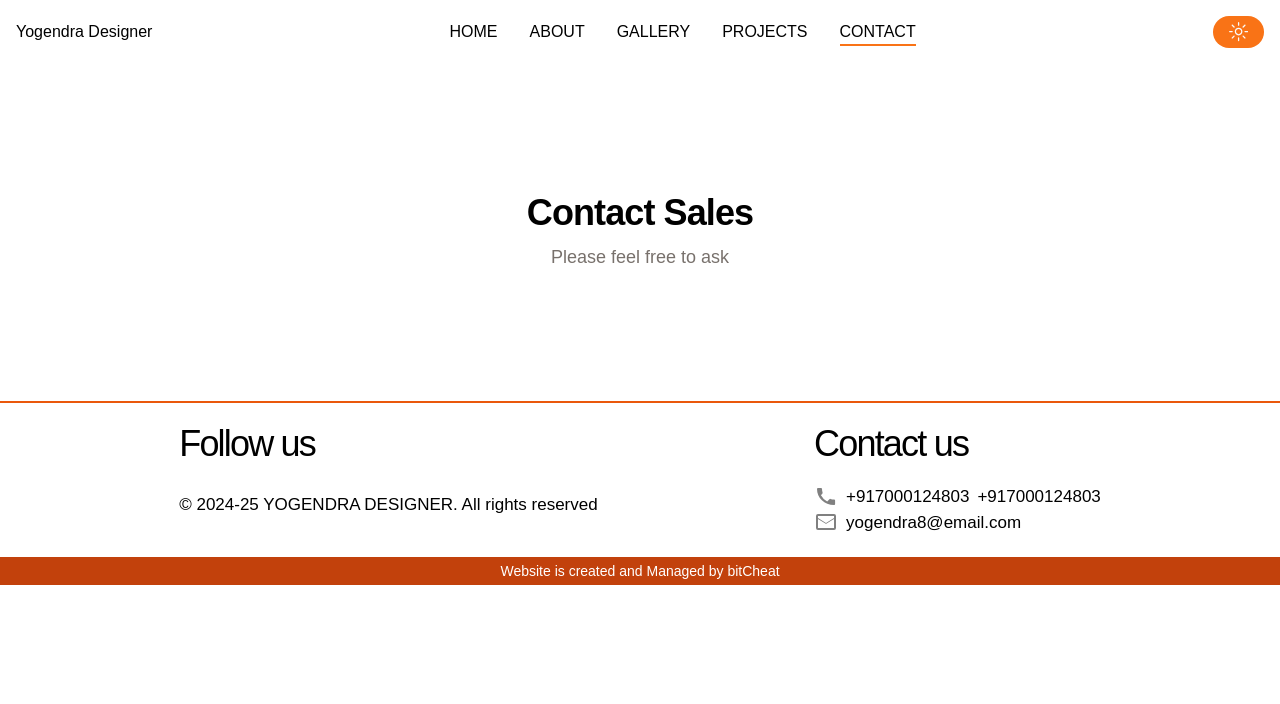
Repository: hitoutvrma/MB_designs-Interior-Designing-website
Page: /contact
These files come from the project's save history. The page is drawn as it stood at one moment and after the next save; the edit follows.
The browser window is 1280 px wide. The pictures show the whole page.
The project was rebuilt for these pictures with package versions that can differ from the ones it lists, and the page was loaded fresh each time. The framework's server and built-in components were replaced by stand-ins that run in the browser. Also part of the build but not shown: next.config.mjs.

Above is the page before, as saved 2024-09-16 18:43:07.

### app/layout.js
import localFont from "next/font/local";
import { Sen } from "next/font/google";
import "./globals.css";
import Header from "@/components/ui/Header";
import Footer from "@/components/ui/Footer";
import { ThemeProvider } from "@/components/ThemeProvider";

const josef = Sen({
  subsets:["latin"],
  weight:["400","500","600","700"],
  display:"swap"
})

// const geistSans = localFont({
//   src: "./fonts/GeistVF.woff",
//   variable: "--font-geist-sans",
//   weight: "100 900",
// });
// const geistMono = localFont({
//   src: "./fonts/GeistMonoVF.woff",
//   variable: "--font-geist-mono",
//   weight: "100 900",
// });

export const metadata = {
  title: "Create Next App",
  description: "Generated by create next app",
};

export default function RootLayout({ children }) {
  return (
    <html lang="en" suppressHydrationWarning>
      <body
        className={`${josef.variable} ${josef.variable} overflow-x-hidden antialiased`}
      >
        <ThemeProvider attribute='class' defaultTheme='light'>

        <Header/>
        {children}
        <Footer/>
        </ThemeProvider>
      </body>
    </html>
  );
}

### app/contact/page.jsx
export default function ContactSection(){
  return (
      <div className="px-6 py-24 sm:py-32 lg:px-8">
          <div className="mx-auto max-w-2xl text-center">
          <h2 className="text-3xl font-bold tracking-tight sm:text-4xl">Contact Sales</h2>
          <p className="mt-2 text-lg leading-8 text-muted-foreground">Please feel free to ask </p>
          </div>
      </div>
  )
}

### app/globals.css
@tailwind base;
@tailwind components;
@tailwind utilities;


body {
  color: var(--foreground);
  background: var(--background);
  font-family: Arial, Helvetica, sans-serif;
}

@layer utilities {
  .text-balance {
    text-wrap: balance;
  }
}


@layer base {
  :root {
    --background: 0 0% 100%;
    --foreground: 20 14.3% 4.1%;
    --card: 0 0% 100%;
    --card-foreground: 20 14.3% 4.1%;
    --popover: 0 0% 100%;
    --popover-foreground: 20 14.3% 4.1%;
    --primary: 24.6 95% 53.1%;
    --primary-foreground: 60 9.1% 97.8%;
    --secondary: 60 4.8% 95.9%;
    --secondary-foreground: 24 9.8% 10%;
    --muted: 60 4.8% 95.9%;
    --muted-foreground: 25 5.3% 44.7%;
    --accent: 60 4.8% 95.9%;
    --accent-foreground: 24 9.8% 10%;
    --destructive: 0 84.2% 60.2%;
    --destructive-foreground: 60 9.1% 97.8%;
    --border: 20 5.9% 90%;
    --input: 20 5.9% 90%;
    --ring: 24.6 95% 53.1%;
    --radius: 0.5rem;
    --chart-1: 12 76% 61%;
    --chart-2: 173 58% 39%;
    --chart-3: 197 37% 24%;
    --chart-4: 43 74% 66%;
    --chart-5: 27 87% 67%;
  }

  .dark {
    --background: 20 14.3% 4.1%;
    --foreground: 60 9.1% 97.8%;
    --card: 20 14.3% 4.1%;
    --card-foreground: 60 9.1% 97.8%;
    --popover: 20 14.3% 4.1%;
    --popover-foreground: 60 9.1% 97.8%;
    --primary: 20.5 90.2% 48.2%;
    --primary-foreground: 60 9.1% 97.8%;
    --secondary: 12 6.5% 15.1%;
    --secondary-foreground: 60 9.1% 97.8%;
    --muted: 12 6.5% 15.1%;
    --muted-foreground: 24 5.4% 63.9%;
    --accent: 12 6.5% 15.1%;
    --accent-foreground: 60 9.1% 97.8%;
    --destructive: 0 72.2% 50.6%;
    --destructive-foreground: 60 9.1% 97.8%;
    --border: 12 6.5% 15.1%;
    --input: 12 6.5% 15.1%;
    --ring: 20.5 90.2% 48.2%;
    --chart-1: 220 70% 50%;
    --chart-2: 160 60% 45%;
    --chart-3: 30 80% 55%;
    --chart-4: 280 65% 60%;
    --chart-5: 340 75% 55%;
  }
}



@layer base {
  * {
    @apply border-border;
  }
  body {
    @apply bg-background text-foreground;
  }
}

.h1{
  @apply text-6xl xl:text-[72px] xl:leading-[80px] tracking-[-2px] font-bold mb-5 mt-4;
}

### components/ui/Header.jsx
'use client';
import React from 'react'
 import ThemeToggler from '../ThemeToggler'
import MobileNavigation from './MobileNavigation';
import Nav from './Nav';
const Header = () => {
  return (
    <div className='flex justify-between p-4 items-center '>
      <div>Yogendra Designer</div>
      <Nav containerStyles='hidden xl:flex gap-8 items-center' linkStyles='relative hover:text-primary transition-all' underlineStyles ='absolute left-0 top-full h-[2px] bg-primary w-full'
      />
      <div className='flex gap-2 items-center'>

      <ThemeToggler/>
      <div className='xl:hidden'>

      <MobileNavigation/>
      </div>
      </div>
    </div>
  )
}

export default Header

### components/ui/Footer.jsx
import React from 'react'

const Footer = () => {
  return (
    <div className='w-screen'>

    <div class="sm:flex justify-between  border-t-2 border-t-orange-600  backdrop-blur-lg sm:px-[14vw] px-4 py-[3vh] text-[17px] ">
  <div className='mb-8 sm:mb-0'>
    <head>
    <link rel="stylesheet" href="https://cdnjs.cloudflare.com/ajax/libs/font-awesome/6.0.0-beta3/css/all.min.css"/>

    </head>
    <h1 class="pb-5 text-4xl tracking-tighter">Follow us</h1>
    <div className='flex gap-x-6 pb-2 text-4xl'>
    <a href="https://instagram/hitoutvrma" className="text-gray-600 hover:text-pink-500 transition-transform duration-300 transform hover:scale-110"><i class="fa-brands fa-instagram" ></i></a>
      <a href="https://www.linkedin.com/in/hitesh-verma-3695b0254/" className="text-gray-600 hover:text-blue-700 transition-transform duration-300 transform hover:scale-110"><i class="fa-brands fa-linkedin"></i></a>
      <a href="https://x.com/hitesh_404" className="text-gray-600 hover:text-blue-700 transition-transform duration-300 transform hover:scale-110"><i class="fa-brands fa-facebook"></i></a>
    </div>
    <div className='sm:block hidden'>&copy; 2024-25 YOGENDRA DESIGNER. All rights reserved</div>
  </div>
  <div>
    <h1 class="pb-5 text-4xl tracking-tighter">Contact us</h1>
    <div class="flex gap-x-2">
      <svg class="text" xmlns="http://www.w3.org/2000/svg" viewBox="0 0 24 24" width="24" height="24" fill="gray">
        <path d="M6.62 10.79a15.533 15.533 0 006.59 6.59l2.2-2.2a1 1 0 011.09-.27c1.12.37 2.33.57 3.6.57a1 1 0 011 1V20a1 1 0 01-1 1C10.29 21 3 13.71 3 5a1 1 0 011-1h3.01a1 1 0 011 1c0 1.27.2 2.48.57 3.6a1 1 0 01-.27 1.09l-2.2 2.2z" />
      </svg>
      <a href="tel:+917000124803" class="hover:underline">+917000124803</a>
      <a href="tel:+917000124803" class="hover:underline">+917000124803</a>
    </div>
    <div class="flex gap-x-2">
      <svg xmlns="http://www.w3.org/2000/svg" viewBox="0 0 24 24" width="24" height="24" fill="gray">
        <path d="M20 4H4a2 2 0 00-2 2v12a2 2 0 002 2h16a2 2 0 002-2V6a2 2 0 00-2-2zM4 6h16v2l-8 5-8-5V6zm0 12V9l7.39 4.62a1 1 0 001.22 0L20 9v9H4z" />
      </svg>
      <a href="mailto:example@email.com" class="hover:underline">yogendra8@email.com</a>
    </div>
  </div>
    </div>
  <div className='flex items-center justify-center p-1 text-sm bg-orange-700 text-white border-t-orange-600'>Website is created and Managed by bitCheat</div>
</div>

  )
}

export default Footer

### components/ThemeProvider.jsx
'use client';

import { ThemeProvider as NextThemesProvider } from "next-themes";

export function ThemeProvider({ children, ...props }) {
    return <NextThemesProvider {...props}>
        { children }
    </NextThemesProvider>
}

### components/ThemeToggler.jsx
import { Button } from "./ui/button";
import { useTheme } from "next-themes";
import { SunIcon, MoonIcon } from "@radix-ui/react-icons";

const ThemeToggler = () => {
    const { theme, setTheme } = useTheme();

  return (
    <div>
      <Button  onClick={()=>setTheme(theme==='dark'?'light':'dark')}>
        <SunIcon className="h-[1.2rem] w-[1.2rem] scale-100 rotate-0 transition-all dark:rotate-90 dark:scale-0"/>
        <MoonIcon className="w-[1rem] absolute scale-0 rotate-90 transition-all dark:rotate-0 dark:scale-100"/>
      </Button>
    </div>
  )
}

export default ThemeToggler

### components/ui/MobileNavigation.jsx
import React from 'react'

import {Sheet, SheetContent, SheetTrigger} from '@/components/ui/sheet';
import Nav from './Nav';
import { AlignJustify } from 'lucide-react';

const MobileNavigation = () => {
  return (
    <Sheet>
        <SheetTrigger asChild>
            <AlignJustify className='cursor-pointer'/>
        </SheetTrigger>
        <SheetContent>
            <div className='p-3 flex flex-col items-center'>
                <div>
                    <div>Yogendra designer</div>
                    <Nav containerStyles='flex flex-col items-center gap-y-2' linkStyles='text-1xl '/>
                </div>
            </div>
        </SheetContent>
    </Sheet>
  )
}

export default MobileNavigation

### components/ui/Nav.jsx
//Hooks

import { usePathname } from "next/navigation";
import { motion } from "framer-motion";
import Link from "next/link";

const links = [
    {
        path:'/',name:'home'
    },
    {
        path:'/about',name:'about'
    },
    {
        path:'/gallery',name:'gallery'
    },
    {
        path:'/projects',name:'projects'
    },
    {
        path:'/contact',name:'contact'
    },
]
const Nav = ({ containerStyles, linkStyles, underlineStyles } ) => {

    const path = usePathname();
  return (
    <div className={`${containerStyles}`} >
        {
            links.map((link,index) =>{
                return(
                    <Link href={link.path}
                    key={index} className={`uppercase ${linkStyles}`}>
                        {link.path===path && (
                            <motion.span
                            initial={{y:'-100%'}}
                            animate={{y:0}}
                            transition={{ type:'tween'}}
                            layoutId="underline"
                            className={`${underlineStyles}`}
                            />
                        )}
                        {link.name}

                    </Link>
                )
            })
        }
      </div>
  )
}

export default Nav

### components/ui/button.jsx
import * as React from "react"
import { Slot } from "@radix-ui/react-slot"
import { cva } from "class-variance-authority";

import { cn } from "@/lib/utils"

const buttonVariants = cva(
  "inline-flex items-center justify-center whitespace-nowrap rounded-full text-base font-medium ring-offset-background transition-colors focus-visible:outline-none focus-visible:ring-2 focus-visible:ring-ring focus-visible:ring-offset-2 disabled:pointer-events-none disabled:opacity-50",
  {
    variants: {
      variant: {
        default: "bg-primary text-primary-foreground hover:bg-primary/90",
        destructive:
          "bg-destructive text-destructive-foreground hover:bg-destructive/90",
        outline:
          "border border-input bg-background hover:bg-accent hover:text-accent-foreground",
        secondary:
          "bg-secondary text-secondary-foreground hover:bg-secondary/80",
        ghost: "hover:bg-accent hover:text-accent-foreground",
        link: "text-primary underline-offset-4 hover:underline",
      },
      size: {
        default: "sm:h-[2.5vw] h-[7vw] px-4 py-2",
        sm: "h-9 rounded-md px-3",
        lg: "h-11 rounded-md px-8",
        icon: "h-10 w-10",
      },
    },
    defaultVariants: {
      variant: "default",
      size: "default",
    },
  }
)

const Button = React.forwardRef(({ className, variant, size, asChild = false, ...props }, ref) => {
  const Comp = asChild ? Slot : "button"
  return (
    (<Comp
      className={cn(buttonVariants({ variant, size, className }))}
      ref={ref}
      {...props} />)
  );
})
Button.displayName = "Button"

export { Button, buttonVariants }

### components/ui/sheet.jsx
"use client";
import * as React from "react"
import * as SheetPrimitive from "@radix-ui/react-dialog"
import { cva } from "class-variance-authority";
import { X } from "lucide-react"

import { cn } from "@/lib/utils"

const Sheet = SheetPrimitive.Root

const SheetTrigger = SheetPrimitive.Trigger

const SheetClose = SheetPrimitive.Close

const SheetPortal = SheetPrimitive.Portal

const SheetOverlay = React.forwardRef(({ className, ...props }, ref) => (
  <SheetPrimitive.Overlay
    className={cn(
      "fixed inset-0 z-50 bg-black/80  data-[state=open]:animate-in data-[state=closed]:animate-out data-[state=closed]:fade-out-0 data-[state=open]:fade-in-0",
      className
    )}
    {...props}
    ref={ref} />
))
SheetOverlay.displayName = SheetPrimitive.Overlay.displayName

const sheetVariants = cva(
  "fixed z-50 gap-4 bg-background p-6 shadow-lg transition ease-in-out data-[state=open]:animate-in data-[state=closed]:animate-out data-[state=closed]:duration-300 data-[state=open]:duration-500",
  {
    variants: {
      side: {
        top: "inset-x-0 top-0 border-b data-[state=closed]:slide-out-to-top data-[state=open]:slide-in-from-top",
        bottom:
          "inset-x-0 bottom-0 border-t data-[state=closed]:slide-out-to-bottom data-[state=open]:slide-in-from-bottom",
        left: "inset-y-0 left-0 h-full w-3/4 border-r data-[state=closed]:slide-out-to-left data-[state=open]:slide-in-from-left sm:max-w-sm",
        right:
          "inset-y-0 right-0 h-full w-3/4  border-l data-[state=closed]:slide-out-to-right data-[state=open]:slide-in-from-right sm:max-w-sm",
      },
    },
    defaultVariants: {
      side: "right",
    },
  }
)

const SheetContent = React.forwardRef(({ side = "right", className, children, ...props }, ref) => (
  <SheetPortal>
    <SheetOverlay />
    <SheetPrimitive.Content ref={ref} className={cn(sheetVariants({ side }), className)} {...props}>
      {children}
      <SheetPrimitive.Close
        className="absolute right-4 top-4 rounded-sm opacity-70 ring-offset-background transition-opacity hover:opacity-100 focus:outline-none focus:ring-2 focus:ring-ring focus:ring-offset-2 disabled:pointer-events-none data-[state=open]:bg-secondary">
        <X className="h-4 w-4" />
        <span className="sr-only">Close</span>
      </SheetPrimitive.Close>
    </SheetPrimitive.Content>
  </SheetPortal>
))
SheetContent.displayName = SheetPrimitive.Content.displayName

const SheetHeader = ({
  className,
  ...props
}) => (
  <div
    className={cn("flex flex-col space-y-2 text-center sm:text-left", className)}
    {...props} />
)
SheetHeader.displayName = "SheetHeader"

const SheetFooter = ({
  className,
  ...props
}) => (
  <div
    className={cn("flex flex-col-reverse sm:flex-row sm:justify-end sm:space-x-2", className)}
    {...props} />
)
SheetFooter.displayName = "SheetFooter"

const SheetTitle = React.forwardRef(({ className, ...props }, ref) => (
  <SheetPrimitive.Title
    ref={ref}
    className={cn("text-lg font-semibold text-foreground", className)}
    {...props} />
))
SheetTitle.displayName = SheetPrimitive.Title.displayName

const SheetDescription = React.forwardRef(({ className, ...props }, ref) => (
  <SheetPrimitive.Description
    ref={ref}
    className={cn("text-sm text-muted-foreground", className)}
    {...props} />
))
SheetDescription.displayName = SheetPrimitive.Description.displayName

export {
  Sheet,
  SheetPortal,
  SheetOverlay,
  SheetTrigger,
  SheetClose,
  SheetContent,
  SheetHeader,
  SheetFooter,
  SheetTitle,
  SheetDescription,
}

### tailwind.config.js
/** @type {import('tailwindcss').Config} */
module.exports = {
	darkMode: ["class"], // Dark mode setting
	content: [
	  "./pages/**/*.{js,ts,jsx,tsx,mdx}",
	  "./components/**/*.{js,ts,jsx,tsx,mdx}",
	  "./app/**/*.{js,ts,jsx,tsx,mdx}",
	],
	theme: {
	  // Container customization
	  container: {
		center: true, // Centers the container horizontally
		padding: '2rem', // Adds 1rem of padding (16px) on all sides
		screens: {
		  sm: '100%',  // Container takes 100% width on small screens
		  md: '100%',  // Container takes 100% width on medium screens
		  lg: '1024px', // Container is 1024px wide on large screens
		  xl: '1280px', // Container is 1280px wide on extra-large screens
		  '2xl': '1536px', // Container is 1536px wide on 2XL screens
		},
	  },
	  extend: {
		// Extending color palette
		colors: {
		  background: 'hsl(var(--background))',
		  foreground: 'hsl(var(--foreground))',
		  card: {
			DEFAULT: 'hsl(var(--card))',
			foreground: 'hsl(var(--card-foreground))',
		  },
		  popover: {
			DEFAULT: 'hsl(var(--popover))',
			foreground: 'hsl(var(--popover-foreground))',
		  },
		  primary: {
			DEFAULT: 'hsl(var(--primary))',
			foreground: 'hsl(var(--primary-foreground))',
		  },
		  secondary: {
			DEFAULT: 'hsl(var(--secondary))',
			foreground: 'hsl(var(--secondary-foreground))',
		  },
		  muted: {
			DEFAULT: 'hsl(var(--muted))',
			foreground: 'hsl(var(--muted-foreground))',
		  },
		  accent: {
			DEFAULT: 'hsl(var(--accent))',
			foreground: 'hsl(var(--accent-foreground))',
		  },
		  destructive: {
			DEFAULT: 'hsl(var(--destructive))',
			foreground: 'hsl(var(--destructive-foreground))',
		  },
		  border: 'hsl(var(--border))',
		  input: 'hsl(var(--input))',
		  ring: 'hsl(var(--ring))',
		  chart: {
			'1': 'hsl(var(--chart-1))',
			'2': 'hsl(var(--chart-2))',
			'3': 'hsl(var(--chart-3))',
			'4': 'hsl(var(--chart-4))',
			'5': 'hsl(var(--chart-5))',
		  },
		},
		// Extending border radius
		borderRadius: {
		  lg: 'var(--radius)',
		  md: 'calc(var(--radius) - 2px)',
		  sm: 'calc(var(--radius) - 4px)',
		},
	  },
	},
	plugins: [require("tailwindcss-animate")],
  };

Loaded but not shown: lib/utils.js (common file)

After the next save:
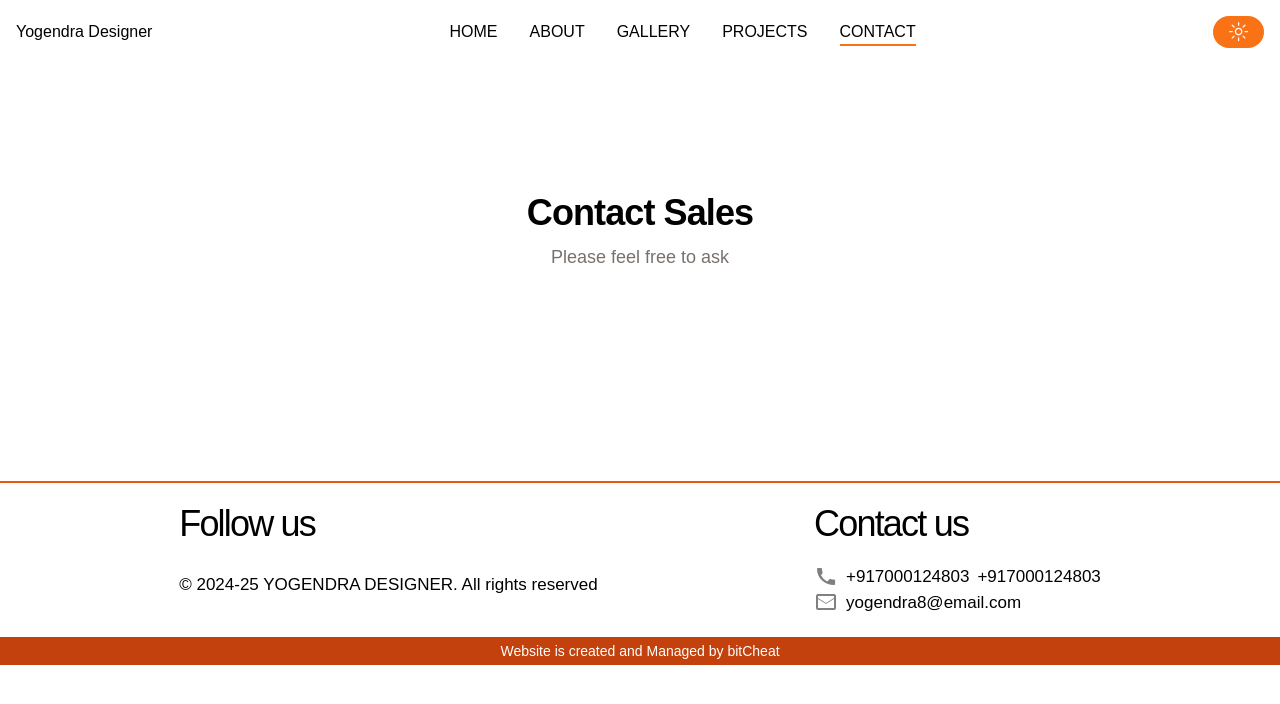
Saved 104 s later.
--- a/app/contact/page.jsx
+++ b/app/contact/page.jsx
@@ -5,6 +5,10 @@ export default function ContactSection(){
           <h2 className="text-3xl font-bold tracking-tight sm:text-4xl">Contact Sales</h2>
           <p className="mt-2 text-lg leading-8 text-muted-foreground">Please feel free to ask </p>
           </div>
+          <form className="mx-auto mt-16 max-w-xl sm:mt-20" action="">
+            <div className="grid grid-cols-1 gap-x-8 gap-y-6 sm:grid-cols-2"></div>
+
+          </form>
       </div>
   )
 }
